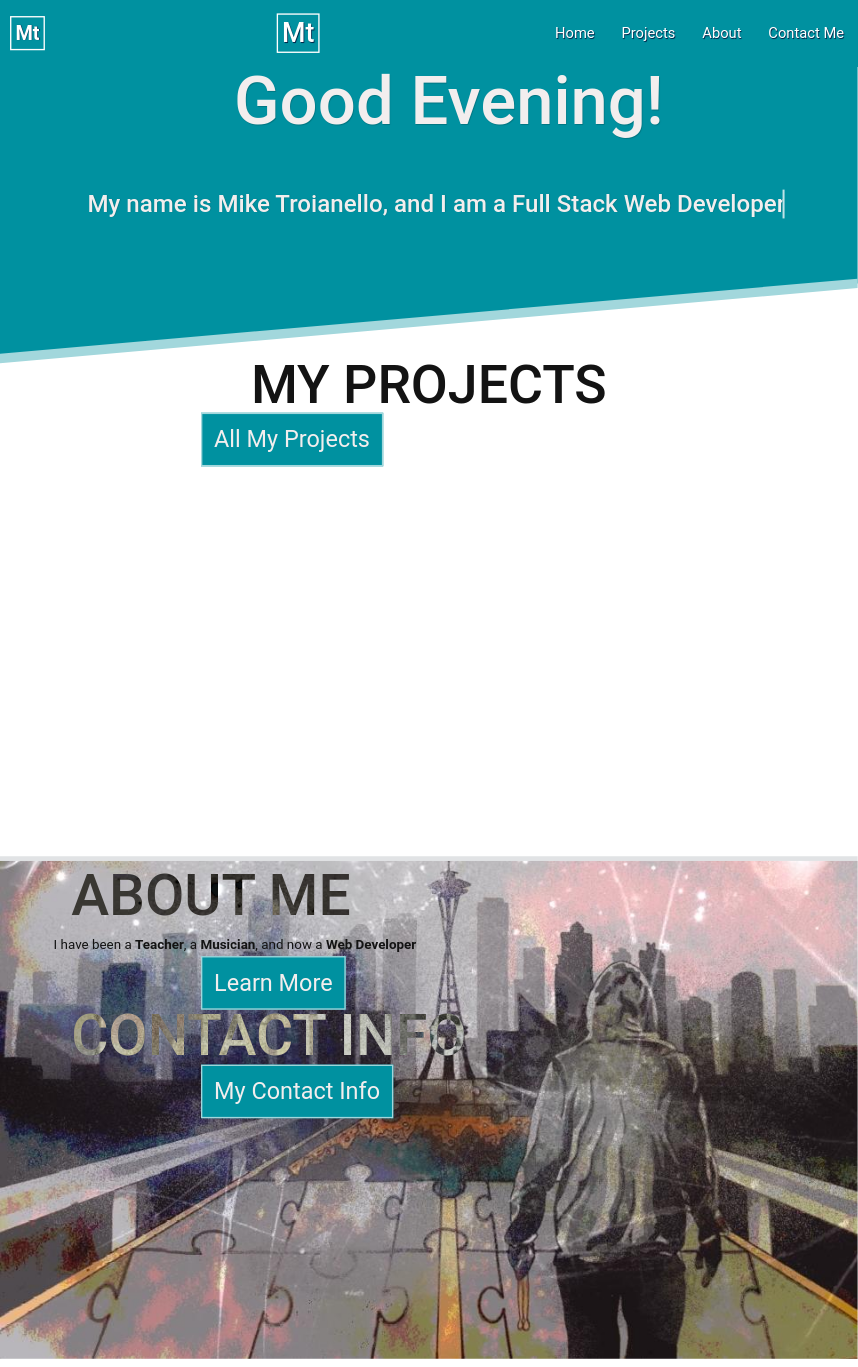
Repository: MikeTroianello/troianello
Page: /
The author's editor kept a copy of each file at every save. The page is drawn from the files as they stood at one save, then again after the next save.
The browser window is 1280 px wide. The pictures show the whole page, at 67% of full size.
The project was rebuilt for these pictures with package versions that can differ from the ones it lists, and the page was loaded fresh each time. Also part of the build but not shown: src/components/locations/About.js, src/components/cards/RainbowDay.js, src/components/cards/CanvasBubbles.js, src/components/cards/projectCard.css, src/components/cards/projectCardMobile.css, src/components/cards/ProjectCard.js, src/components/locations/Projects.js, src/components/locations/Contact.js and 1 more.

Above is the page before, as saved 2019-08-01 14:04:31.

After the next save:
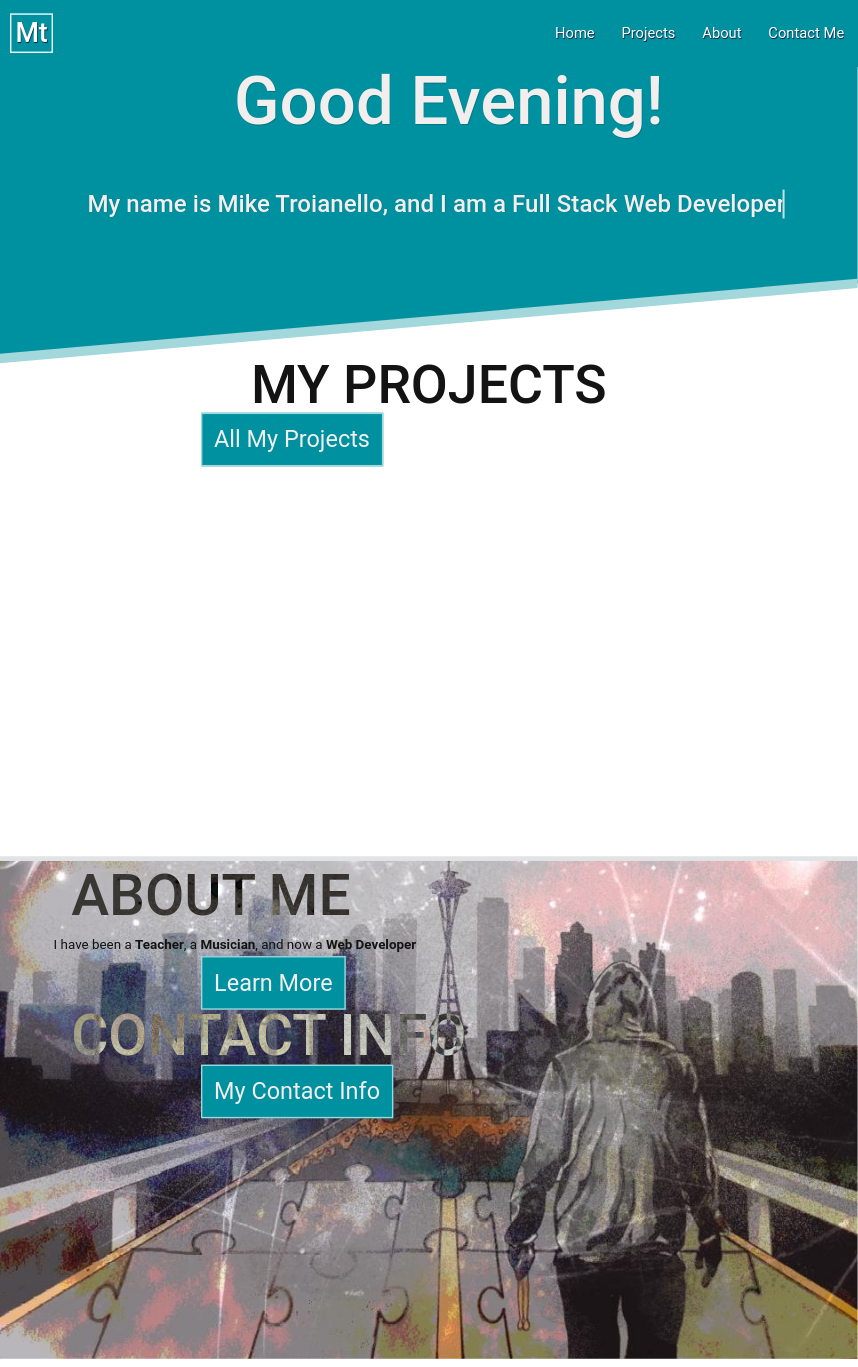
Saved 17 min 26 s later.
--- a/src/components/Header.js
+++ b/src/components/Header.js
@@ -12,9 +12,9 @@ export default class Header extends Component {
     return (
       <div className='header'>
         <div className='links'>
-          <div className='logo'>
+          {/* <div className='logo'>
             <Link to='/'>Mt</Link>
-          </div>
+          </div> */}
           <Link to='/' className='logo-2'>
             <h1 className='mt-logo'>Mt</h1>
           </Link>
